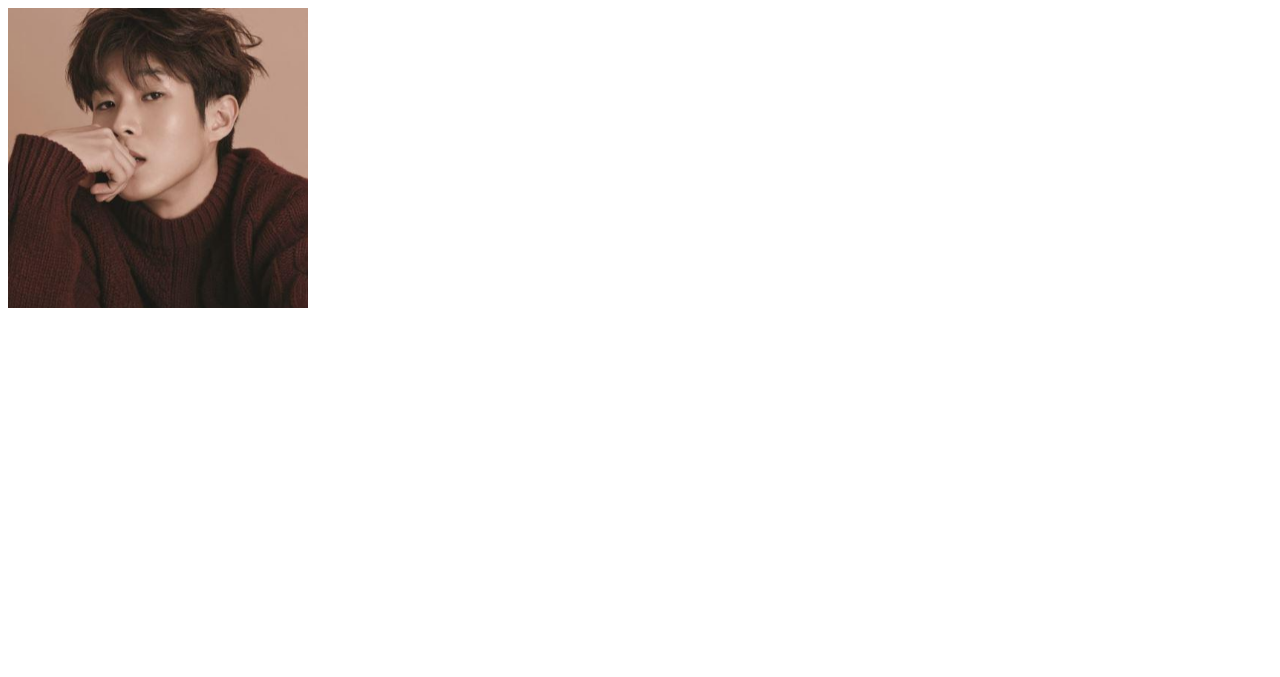
Repository: sungeunbyeol/Nowon-ezen-jsp
Page: test/WebContent/test06.html
An editor plug-in stored every save of this project. The page is shown before and after the next save, followed by the edit.
The browser window is 1280 px wide. The pictures show the whole page.

Above is the page before, as saved 2021-11-02 02:38:10.

After the next save:
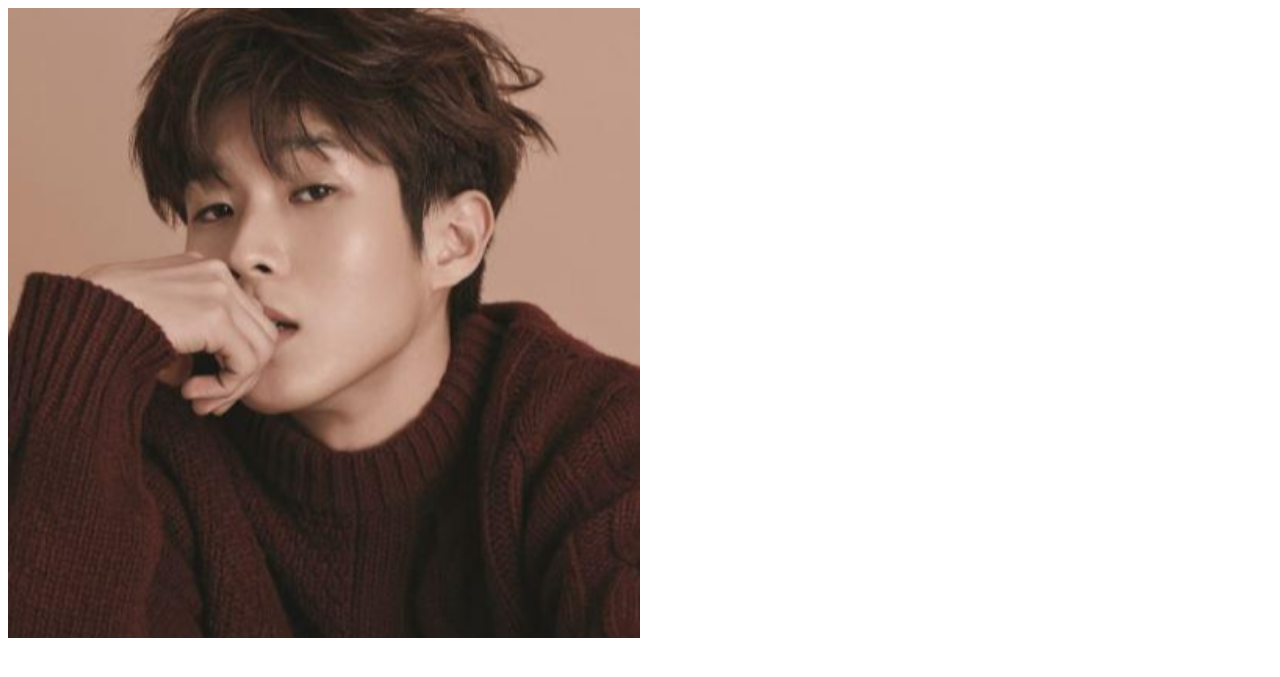
Saved 56 s later.
--- a/test/WebContent/test06.html
+++ b/test/WebContent/test06.html
@@ -6,6 +6,6 @@
 <title>우시기 이미지</title>
 </head>
 <body>
-	<img src="sexy.png" width="300" height="300"/>
+	<img src="sexy.png" width="50%" height="50%"/>
 </body>
 </html>
